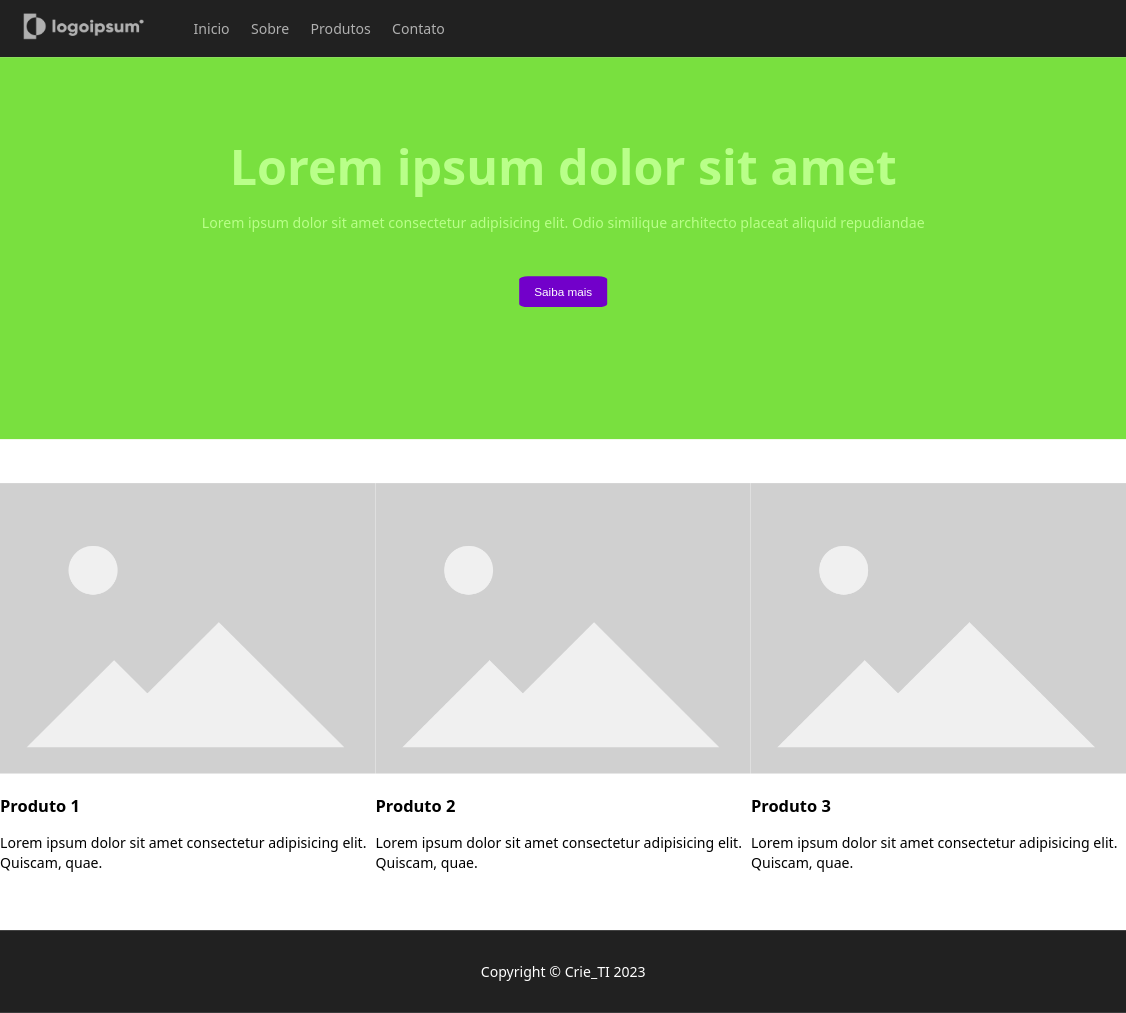
Repository: Carolden/SiteCrie_Ti
Page: index.html
These files come from the project's save history. The page is drawn as it stood at one moment and after the next save; the edit follows.
The browser window is 1280 px wide. The pictures show the whole page, at 88% of full size.

Above is the page before, as saved 2023-04-25 20:18:35.

After the next save:
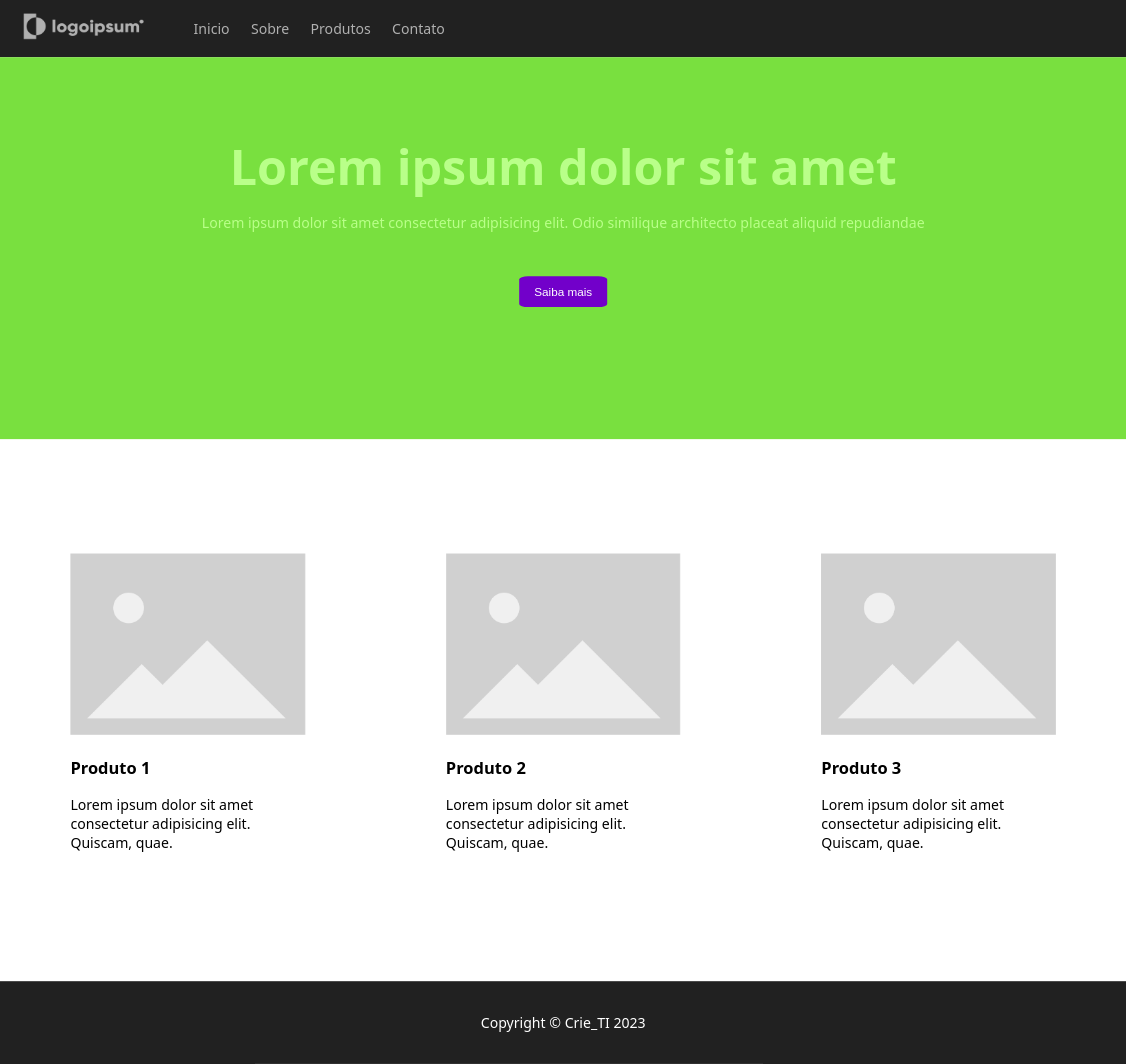
Saved 7 s later.
--- a/index.css
+++ b/index.css
@@ -75,7 +75,7 @@ button {
 
 .column {
     /* width: 33.33%; */
-    /* padding: 30px; */
+    padding: 80px;
     /* justify-content: center; */
     /* text-align: center; */
 
